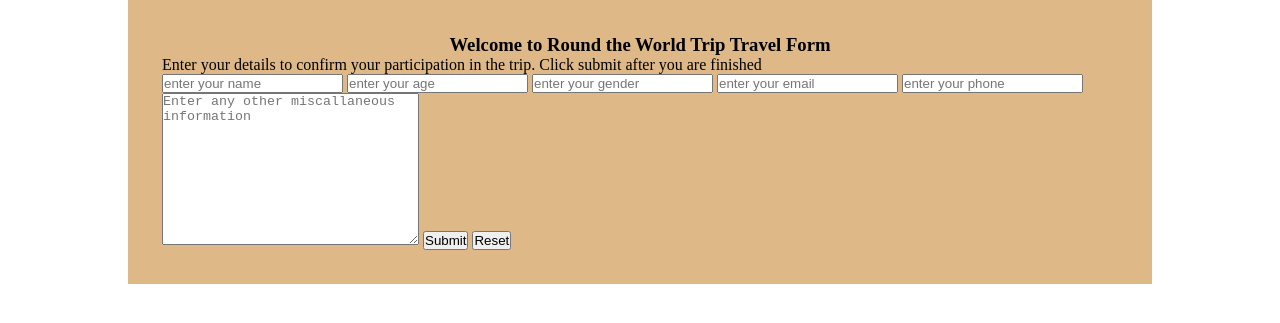
Repository: AvinashLikesToLearnNewStuff/TravelForm
Page: index.html
An editor plug-in stored every save of this project. The page is shown before and after the next save, followed by the edit.
The browser window is 1280 px wide. The pictures show the whole page.

Above is the page before, as saved 2023-03-18 16:50:06.
Console error: SyntaxError: Unexpected token '<'

### index.html
<!DOCTYPE html>
<html lang="en">
  <head>
    <meta charset="UTF-8" />
    <meta http-equiv="X-UA-Compatible" content="IE=edge" />
    <meta name="viewport" content="width=device-width, initial-scale=1.0" />
    <title>Travel to new places</title>
    <link rel="stylesheet" href="style.css" />
  </head>
  <body>
    <div class="container">
      <h3>Welcome to Round the World Trip Travel Form</h3>
      <p>
        Enter your details to confirm your participation in the trip. Click
        submit after you are finished
      </p>

      <form action="index.php" method="post">
        <input
          type="text"
          name="name"
          id="name"
          placeholder="enter your name"
        />

        <input type="text" name="age" id="age" placeholder="enter your age" />

        <input
          type="text"
          name="gender"
          id="gender"
          placeholder="enter your gender"
        />

        <input
          type="email"
          name="email"
          id="email"
          placeholder="enter your email"
        />

        <input
          type="phone"
          name="phone"
          id="phone"
          placeholder="enter your phone"
        />

        <textarea
          name="desc"
          id="desc"
          cols="30"
          rows="10"
          placeholder="Enter any other miscallaneous information"
        ></textarea>
        <button class="btn">Submit</button>
        <button type="reset">Reset</button>
      </form>
    </div>
    <script src="index.js"></script>
  </body>
</html>

### style.css
* {
    margin: 0px;
    padding: 0px;
    box-sizing: border-box;
}

.container {
    max-width: 80%;
    background-color: burlywood;
    padding: 34px;
    margin: auto;
}

.container h3 {
    text-align: center;
    margin: auto;
}

### index.js
<tab>i

After the next save:
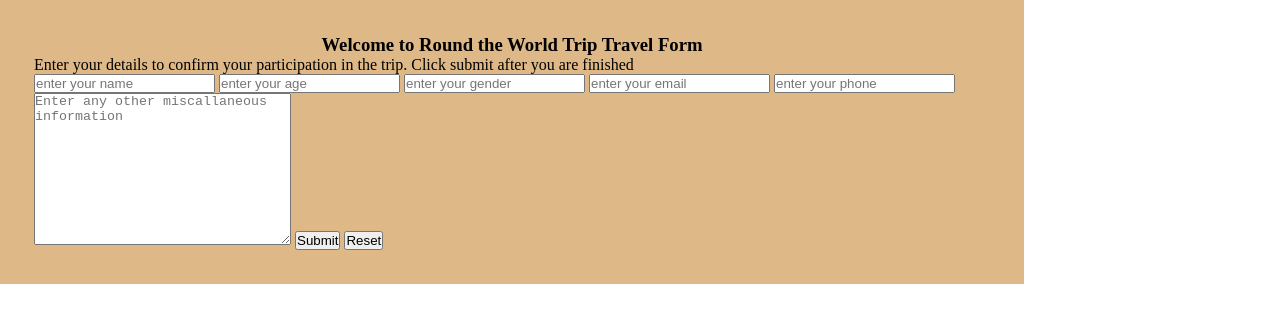
Saved 27 s later.
--- a/style.css
+++ b/style.css
@@ -8,10 +8,10 @@
     max-width: 80%;
     background-color: burlywood;
     padding: 34px;
-    margin: auto;
+    n: auto;
 }
 
 .container h3 {
     text-align: center;
-    margin: auto;
+    margi
 }

After the save that followed:
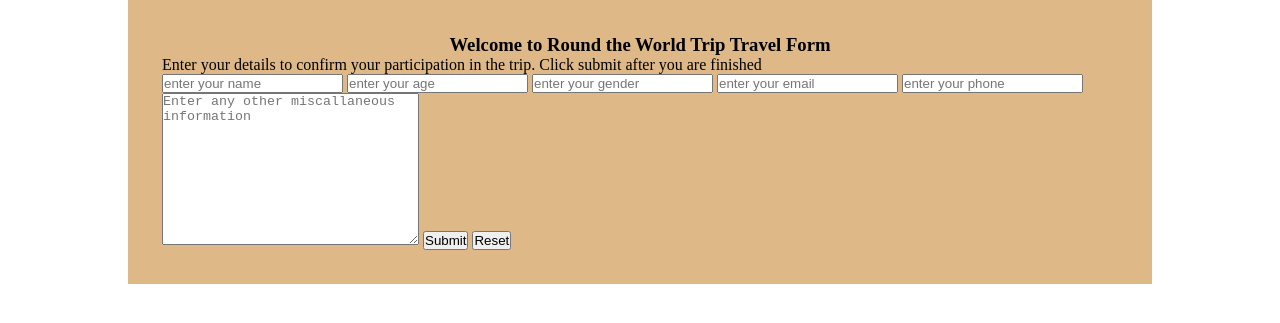
Saved 4 s later.
--- a/style.css
+++ b/style.css
@@ -8,7 +8,7 @@
     max-width: 80%;
     background-color: burlywood;
     padding: 34px;
-    n: auto;
+    margin: auto;
 }
 
 .container h3 {
